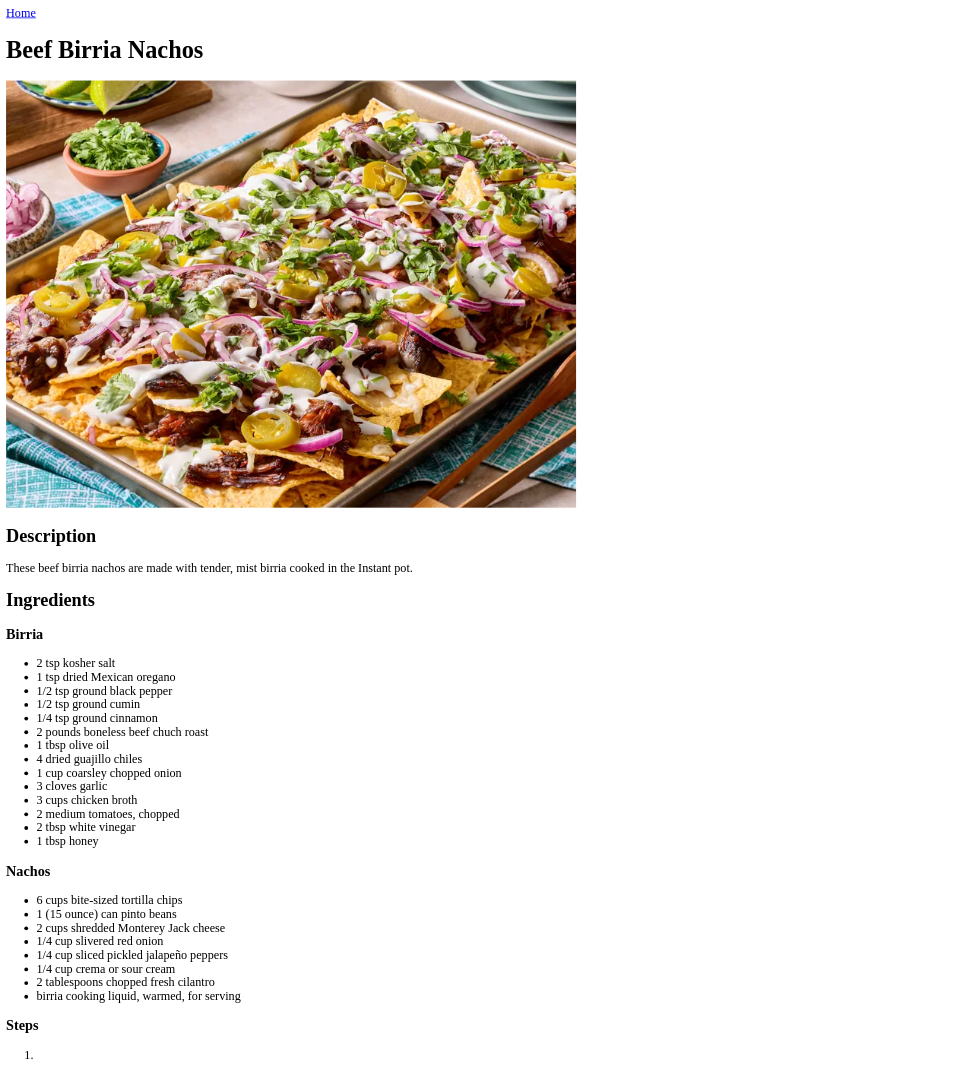
Repository: itsDevAK/odin-recipes
Page: recipes/nachos.html
The author's editor kept a copy of each file at every save. The page is drawn from the files as they stood at one save, then again after a run of saves.
The browser window is 1280 px wide. The pictures show the whole page, at 76% of full size.

Above is the page before, as saved 2026-09-17 12:45:47.

### recipes/nachos.html
<!DOCTYPE html>
<html lang="en">
<head>
    <meta charset="UTF-8">
    <meta name="viewport" content="width=device-width, initial-scale=1.0">
    <title>Beef Birria Nachos</title>
</head>
<body>
    <a href="../index.html">Home</a>
    <h1>Beef Birria Nachos</h1>
    <img src="../images/nachos.webp" alt="">
    <h2>Description</h2>
    <p>These beef birria nachos are made with tender, mist birria cooked in the Instant pot.</p>
    <h2>Ingredients</h2>
    <h3>Birria</h3>
    <ul>
        <li>2 tsp kosher salt</li>
        <li>1 tsp dried Mexican oregano</li>
        <li>1/2 tsp ground black pepper</li>
        <li>1/2 tsp ground cumin</li>
        <li>1/4 tsp ground cinnamon</li>
        <li>2 pounds boneless beef chuch roast</li>
        <li>1 tbsp olive oil</li>
        <li>4 dried guajillo chiles</li>
        <li>1 cup coarsley chopped onion</li>
        <li>3 cloves garlic</li>
        <li>3 cups chicken broth</li>
        <li>2 medium tomatoes, chopped</li>
        <li>2 tbsp white vinegar</li>
        <li>1 tbsp honey</li>
    </ul>
    <h3>Nachos</h3>
    <ul>
        <li>6 cups bite-sized tortilla chips</li>
        <li>1 (15 ounce) can pinto beans</li>
        <li>2 cups shredded Monterey Jack cheese</li>
        <li>1/4 cup slivered red onion</li>
        <li>1/4 cup sliced pickled jalapeño peppers</li>
        <li>1/4 cup crema or sour cream</li>
        <li>2 tablespoons chopped fresh cilantro</li>
        <li>birria cooking liquid, warmed, for serving</li>
    </ul>
    <h3>Steps</h3>
    <ol>
        <li></li>
    </ol>
</body>
</html>

After the next 2 saves:
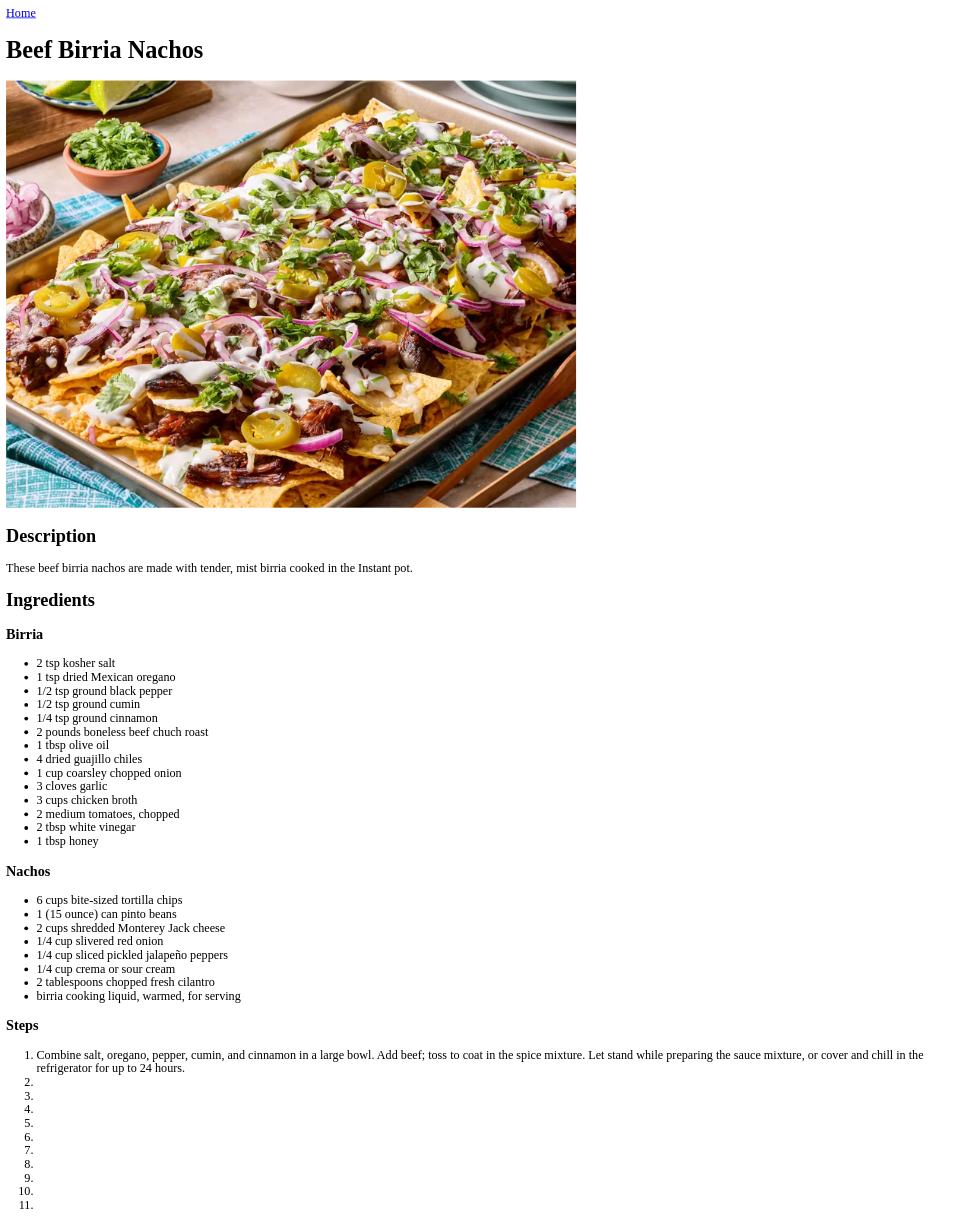
The 2 saves are shown as one change because they came seconds apart.
The last was saved 23 s later.
--- a/recipes/nachos.html
+++ b/recipes/nachos.html
@@ -42,6 +42,16 @@
     </ul>
     <h3>Steps</h3>
     <ol>
+        <li>Combine salt, oregano, pepper, cumin, and cinnamon in a large bowl. Add beef; toss to coat in the spice mixture. Let stand while preparing the sauce mixture, or cover and chill in the refrigerator for up to 24 hours.</li>
+        <li></li>
+        <li></li>
+        <li></li>
+        <li></li>
+        <li></li>
+        <li></li>
+        <li></li>
+        <li></li>
+        <li></li>
         <li></li>
     </ol>
 </body>
